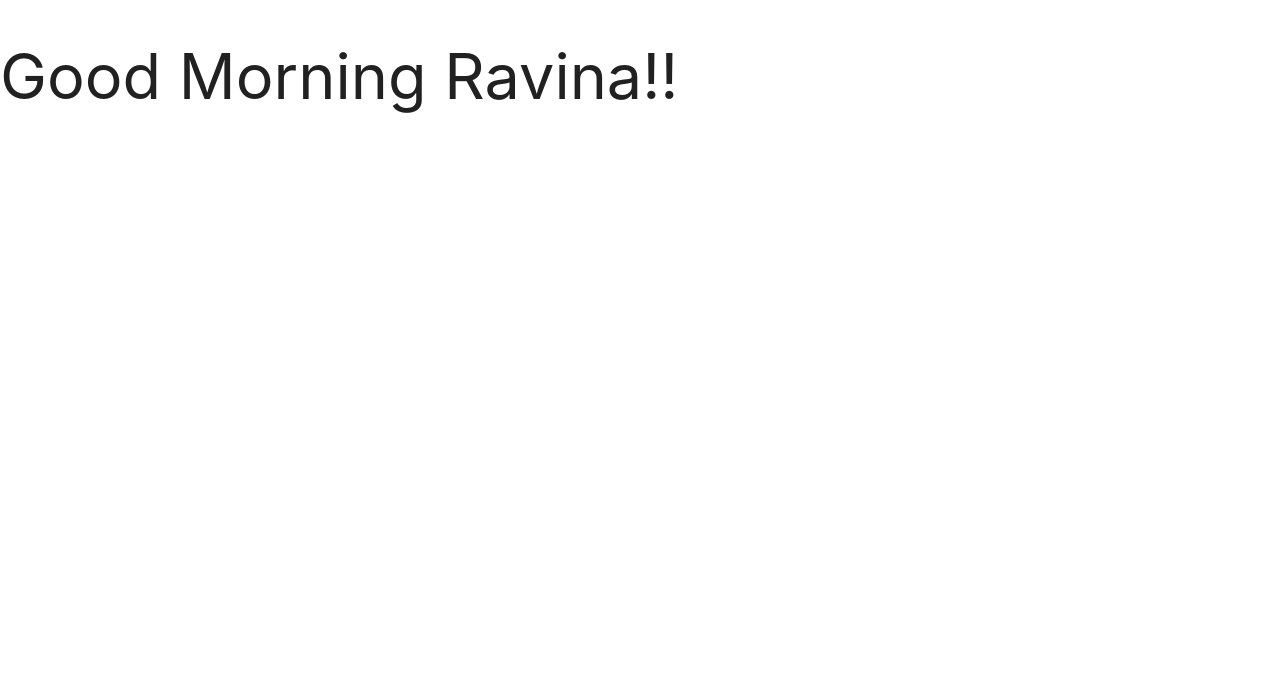
Repository: RavinakS/signup-page-html-js
Page: index.html
These files come from the project's save history. The page is drawn as it stood at one moment and after a run of saves; the edit follows.
The browser window is 1280 px wide. The pictures show the whole page.

Above is the page before, as saved 2021-12-13 11:09:14.

After the next 2 saves:
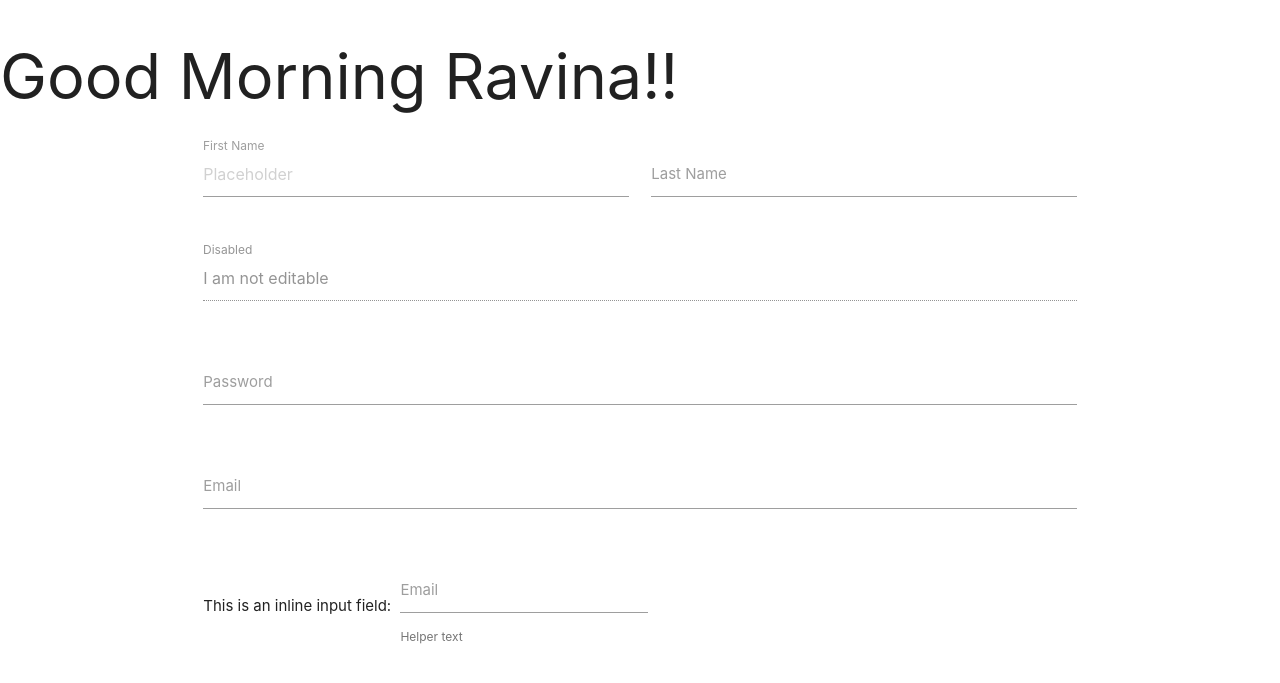
The 2 saves are shown as one change because they came seconds apart.
The last was saved 6 s later.
--- a/index.html
+++ b/index.html
@@ -12,6 +12,49 @@
 </head>
 <body>
     <h1>Good Morning Ravina!!</h1>
-    <div class="container"></div>
+    <div class="container">
+        <div class="row">
+            <form class="col s12">
+              <div class="row">
+                <div class="input-field col s6">
+                  <input placeholder="Placeholder" id="first_name" type="text" class="validate">
+                  <label for="first_name">First Name</label>
+                </div>
+                <div class="input-field col s6">
+                  <input id="last_name" type="text" class="validate">
+                  <label for="last_name">Last Name</label>
+                </div>
+              </div>
+              <div class="row">
+                <div class="input-field col s12">
+                  <input disabled value="I am not editable" id="disabled" type="text" class="validate">
+                  <label for="disabled">Disabled</label>
+                </div>
+              </div>
+              <div class="row">
+                <div class="input-field col s12">
+                  <input id="password" type="password" class="validate">
+                  <label for="password">Password</label>
+                </div>
+              </div>
+              <div class="row">
+                <div class="input-field col s12">
+                  <input id="email" type="email" class="validate">
+                  <label for="email">Email</label>
+                </div>
+              </div>
+              <div class="row">
+                <div class="col s12">
+                  This is an inline input field:
+                  <div class="input-field inline">
+                    <input id="email_inline" type="email" class="validate">
+                    <label for="email_inline">Email</label>
+                    <span class="helper-text" data-error="wrong" data-success="right">Helper text</span>
+                  </div>
+                </div>
+              </div>
+            </form>
+          </div>
+    </div>
 </body>
 </html>
